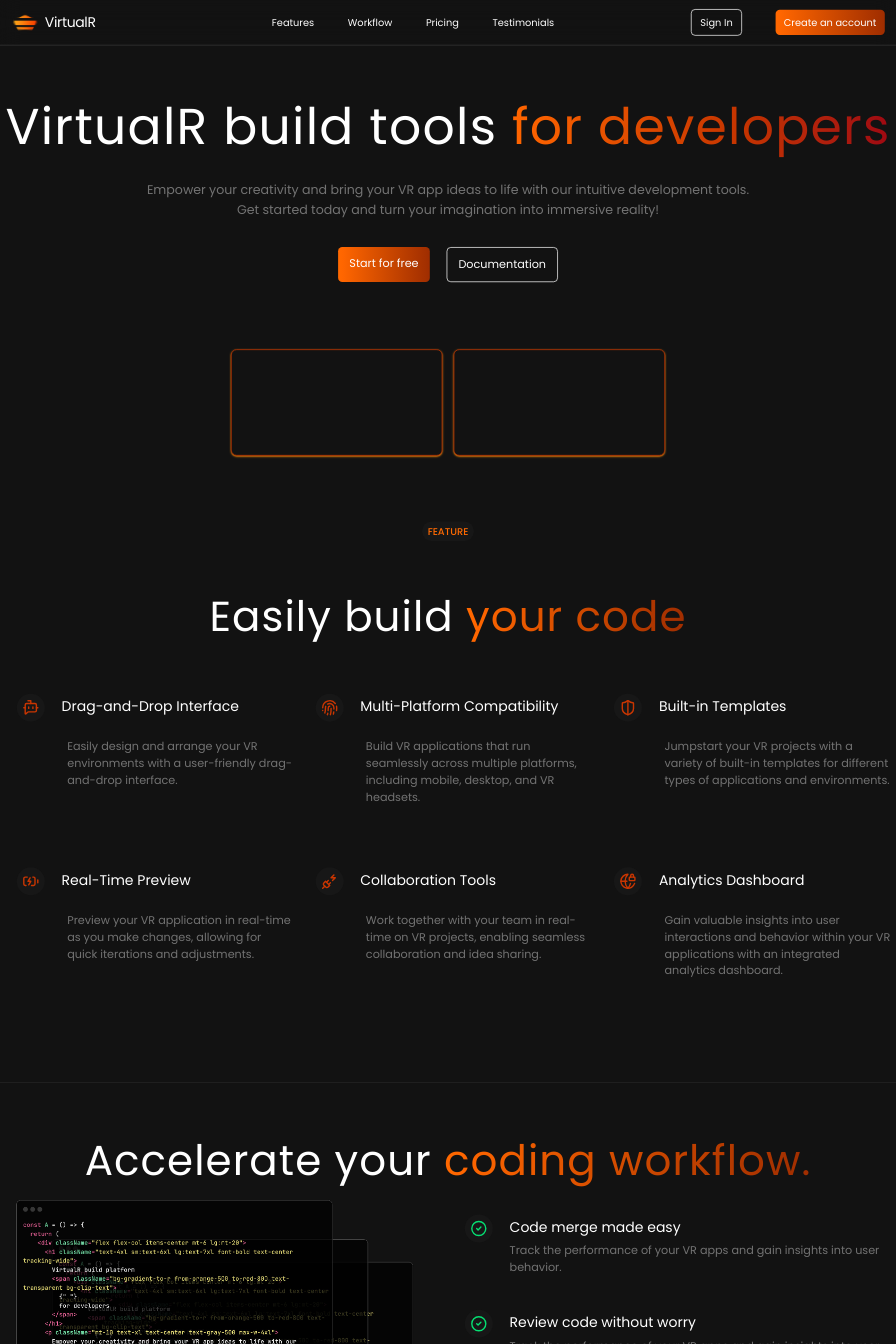
Repository: Khushichugh14/Virtualab
Page: /
An editor plug-in stored every save of this project. The page is shown before and after a run of saves, followed by the edit.
The browser window is 1280 px wide. The pictures show the part of the page from y = 0 to 1920 px (the page is 4246 px tall before and 4338 px after), at 70% of full size.
Pictures or frames that could not be fetched are drawn as grey boxes. The project was rebuilt for these pictures with package versions that can differ from the ones it lists, and the page was loaded fresh each time. Also part of the build but not shown: vite.config.js, src/pages/StartFree.jsx, src/pages/Documentation.jsx, src/pages/CreatAccount.jsx, src/pages/SignIn.jsx. Imported but missing from the stored project, and not drawn on this page: src/assets/video1.mp4, src/assets/video2.mp4.

Above is the page before, as saved 2025-12-09 14:52:08.

After the next 4 saves:
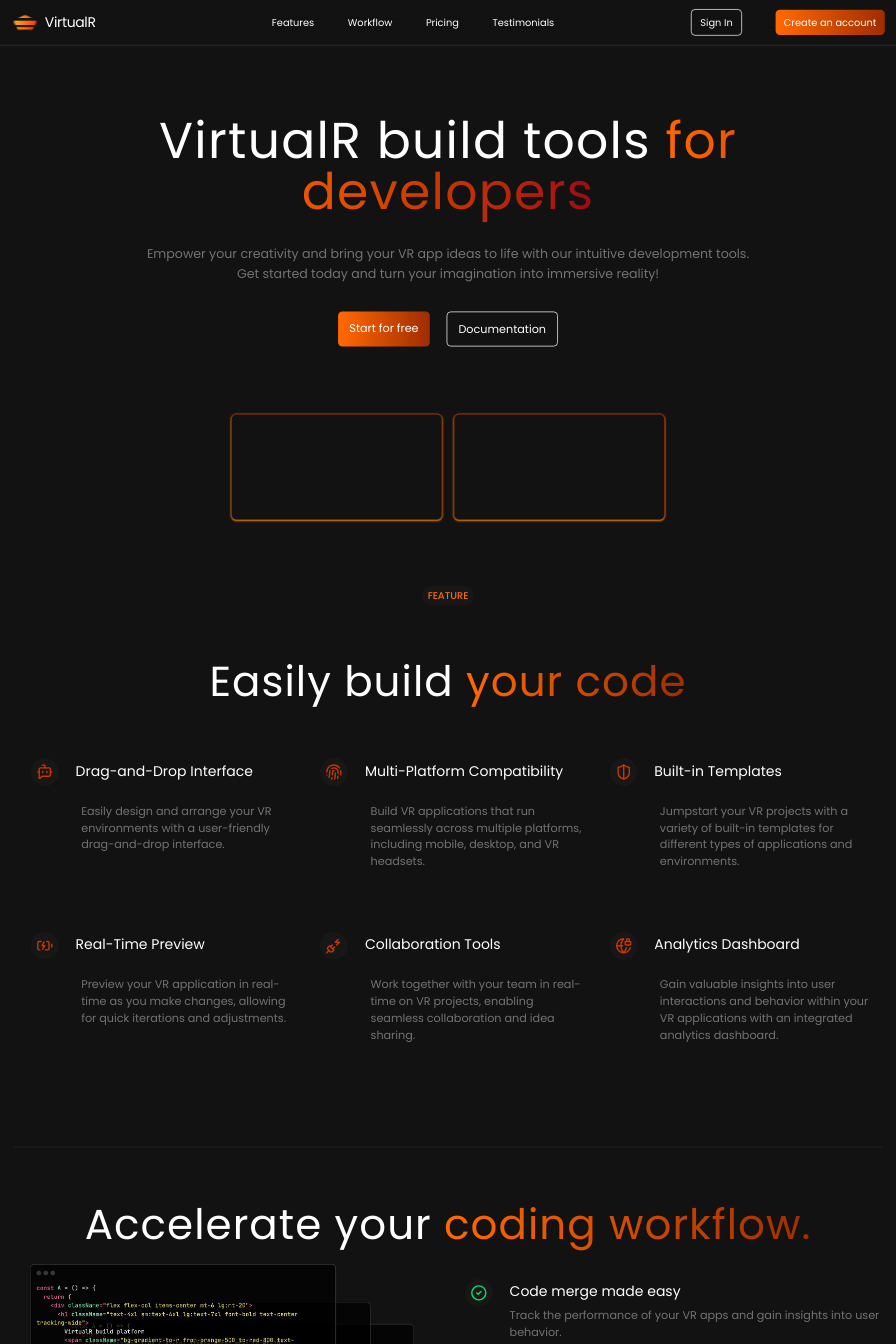
The 4 saves are shown as one change because they came seconds apart.
The last was saved 11 s later.
--- a/src/pages/HomePage.jsx
+++ b/src/pages/HomePage.jsx
@@ -8,7 +8,7 @@ import Footer from '../components/Footer'
 
 const HomePage = () => {
   return (
-    <div >
+    <div className="p-5">
         <HeroSection />
         <FeatureSection />
         <Workflow />
